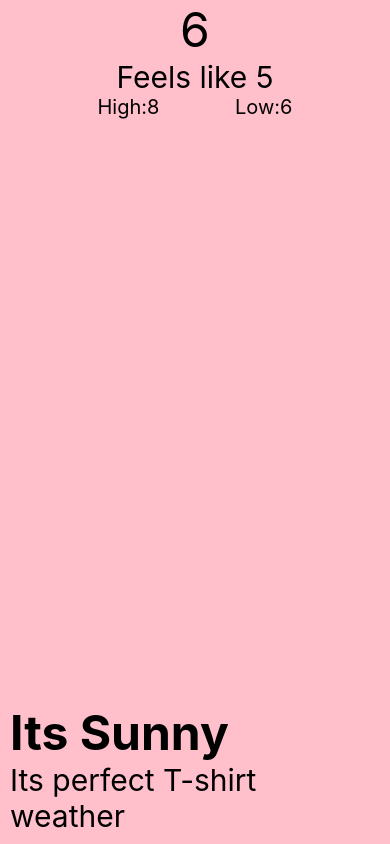
Repository: RossDee/WeatherApp
Screen: /
An editor plug-in stored every save of this project. The screen is shown before and after the next save, followed by the edit.
The app was drawn by React Native's web renderer in a window 390 px wide. The project was rebuilt for these pictures with package versions that can differ from the ones it lists, and the page was loaded fresh each time.

Above is the screen before, as saved 2023-10-14 21:19:48.

After the next save:
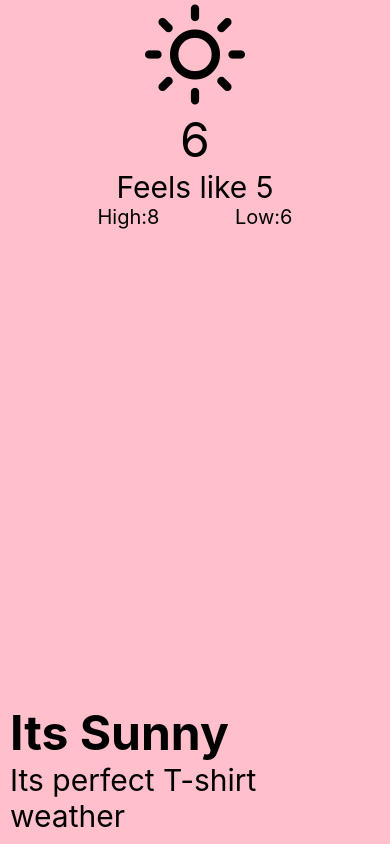
Saved 5 s later.
--- a/App.js
+++ b/App.js
@@ -6,7 +6,7 @@ const App = () => {
   return (
     <SafeAreaView style = {style.wrapper}>
     <View style = {style.container}>
-
+      <Feather name = "sun" size = {100} color = "black" />
       <Text style={style.temp} >6</Text>
       <Text style = {style.feels}>Feels like 5</Text>
       <View style = {style.highLowWrapper}>
